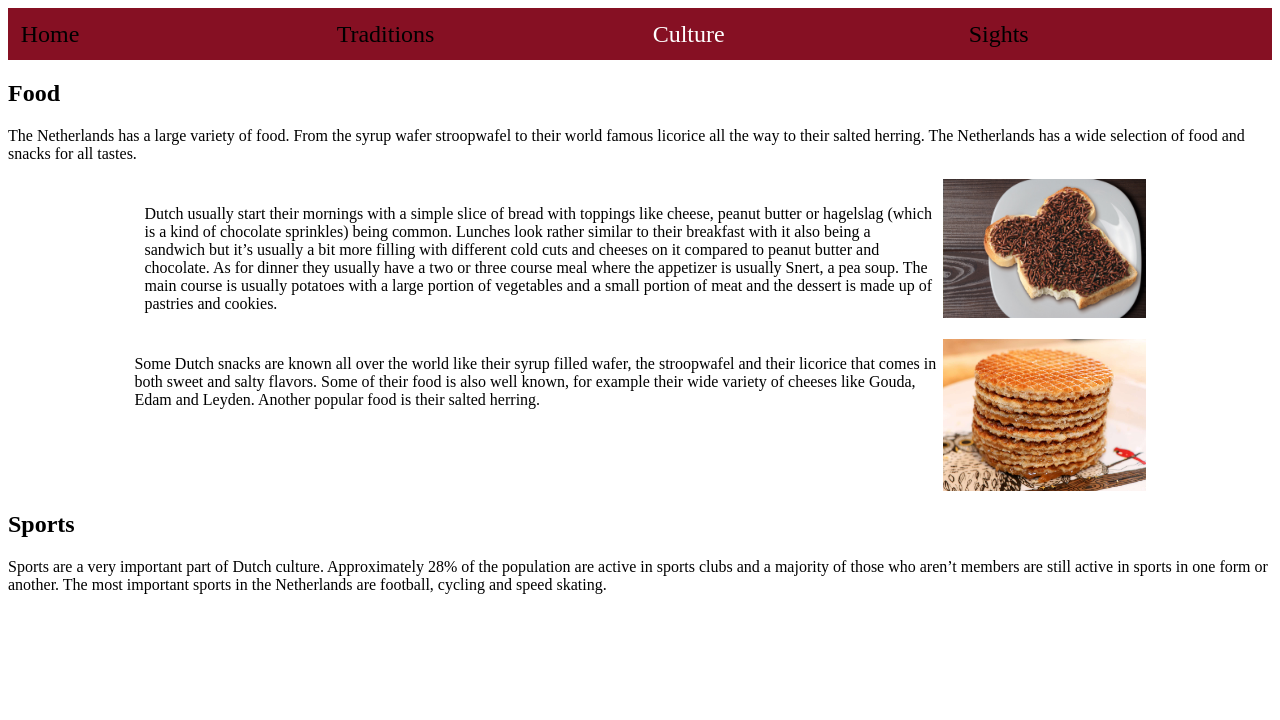
Repository: Cornman63/The-netherlands
Page: html/culture2.html
These files come from the project's save history. The page is drawn as it stood at one moment and after the next save; the edit follows.
The browser window is 1280 px wide. The pictures show the whole page.

Above is the page before, as saved 2023-05-26 13:12:22.

### html/culture2.html
<!DOCTYPE html>
<html lang="en">
<head>
    <meta charset="UTF-8">
    <meta http-equiv="X-UA-Compatible" content="IE=edge">
    <meta name="viewport" content="width=device-width, initial-scale=1.0">
    <title>Culture</title>
    <link rel="stylesheet" href="../CSS\style2.css">
</head>
<body>
    <div class="top">
        <div class="topbar"><a href="index.html" class="link">Home</a></div>
        <div class="topbar"><a href="traditions.html" class="link">Traditions</a></div>
        <div class="topbar"><a href="culture2.html" style="color: white" class="link">Culture</a></div>
        <div class="topbar"><a href="sights.html" class="link">Sights</a></div>
    </div>
    <div class="foodstart">
        <h2>
            Food
        </h2>
        <p>
            The Netherlands has a large variety of food. From the syrup wafer stroopwafel to their world famous licorice all the way to their salted herring. The Netherlands has a wide selection of food and snacks for all tastes.
        </p>
    </div>
    <div class="foodmain">
        <div class="food">
            <p class="start">Dutch usually start their mornings with a simple slice of bread with toppings like cheese, peanut butter or hagelslag (which is a kind of chocolate sprinkles) being common. Lunches look rather similar to their breakfast with it also being a sandwich but it’s usually a bit more filling with different cold cuts and cheeses on it compared to peanut butter and chocolate. As for dinner they usually have a two or three course meal where the appetizer is usually Snert, a pea soup. The main course is usually potatoes with a large portion of vegetables and a small portion of meat and the dessert is made up of pastries and cookies. </p>
            <img src="../images\hagelslag.jpg" alt="hagelslag" class="img">
        </div>
        <div class="food">
            <p>Some Dutch snacks are known all over the world like their syrup filled wafer, the stroopwafel and their licorice that comes in both sweet and salty flavors. Some of their food is also well known, for example their wide variety of cheeses like Gouda, Edam and Leyden. Another popular food is their salted herring.</p>
            <img src="../images/stroopwafel.jpg" alt="stroopwafel" class="img">
        </div>

        <div class="sportstart">
            <h2>Sports</h2>
            <p>Sports are a very important part of Dutch culture. Approximately 28% of the population are active in sports clubs and a majority of those who aren’t members are still active in sports in one form or another. The most important sports in the Netherlands are football, cycling and speed skating. </p>
        </div>
        <div class="sportmain">
            <p></p>
        </div>
        <div class="soceq">

        </div>
    </div>
    <div class="bottom">

    </div>
</body>
</html>

### CSS/style2.css
.top, .bottom {
    display: flex;
    flex-direction: row;
    justify-content: center;
    align-content:center;
    background-color:#861023;
    margin: auto;
    font-size: 150%;
}
.bottom{
    background-color: #053484;
}
.topbar {
    display: flex;
    border: 1%;
    margin: 1%;
    margin-right: 10%;
    align-content: center;
    width: 90%;
}

.link{
    text-decoration: none;
}
.link:link {
    color:black;
}
.link:visited {
    color:black;
}
.link:hover {
    color:white;
}
.foodmain {
    display: flex;
    flex-direction: column;
}
.food {
    max-width: 80%;
    margin: auto;
    display: flex;
    flex-direction: row;
}
.img {
    width: 20%;
    height: 20%;
    display: flex;
    flex-direction: row;
}
.start {
    padding: 1%;
}

After the next save:
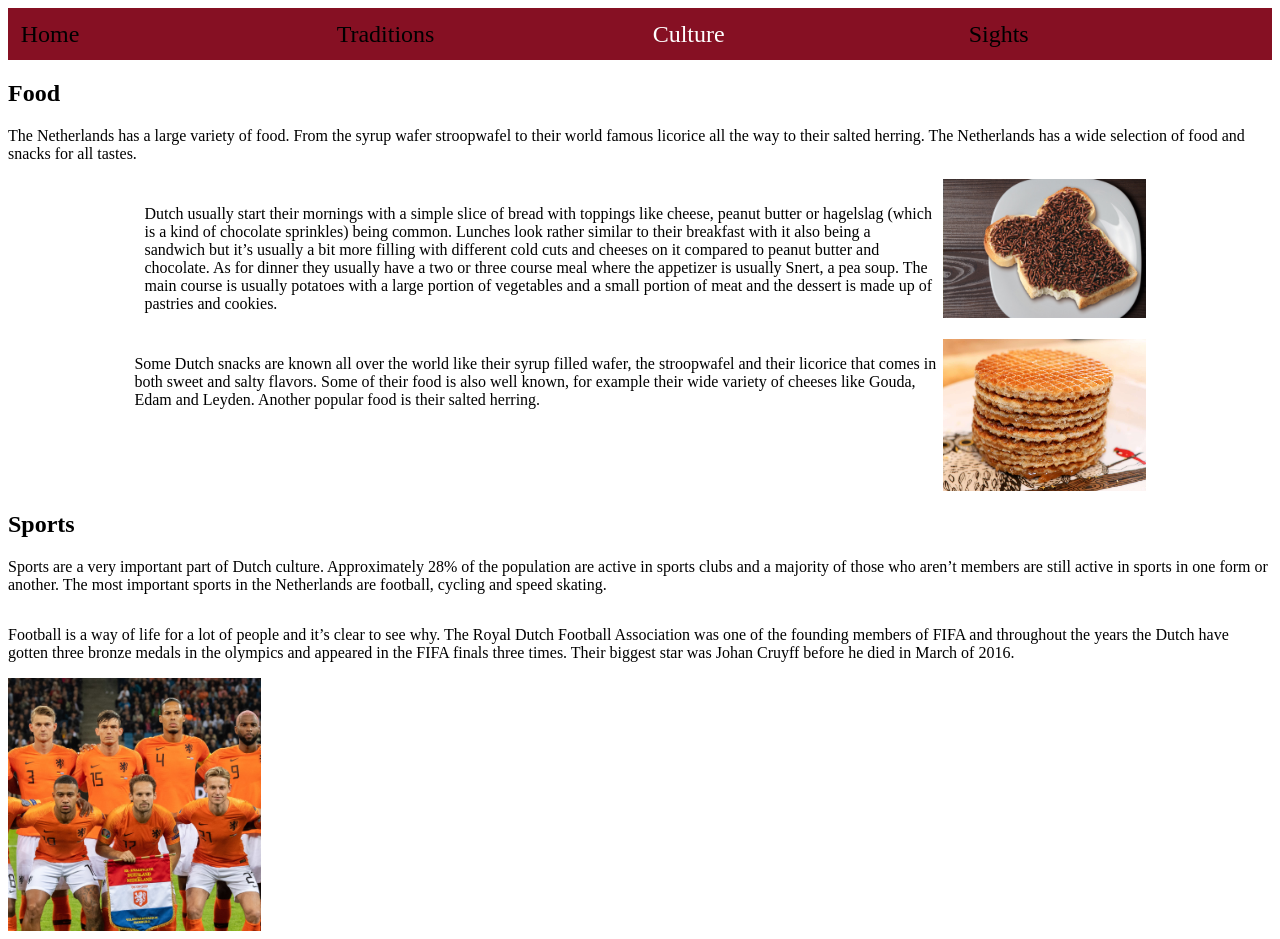
Saved 60 s later.
--- a/html/culture2.html
+++ b/html/culture2.html
@@ -37,7 +37,8 @@
             <p>Sports are a very important part of Dutch culture. Approximately 28% of the population are active in sports clubs and a majority of those who aren’t members are still active in sports in one form or another. The most important sports in the Netherlands are football, cycling and speed skating. </p>
         </div>
         <div class="sportmain">
-            <p></p>
+            <p>Football is a way of life for a lot of people and it’s clear to see why. The Royal Dutch Football Association was one of the founding members of FIFA and throughout the years the Dutch have gotten three bronze medals in the olympics and appeared in the FIFA finals three times. Their biggest star was Johan Cruyff before he died in March of 2016. </p>
+            <img src="../images/football.jpg" alt="dutch football" class="img">
         </div>
         <div class="soceq">
 
